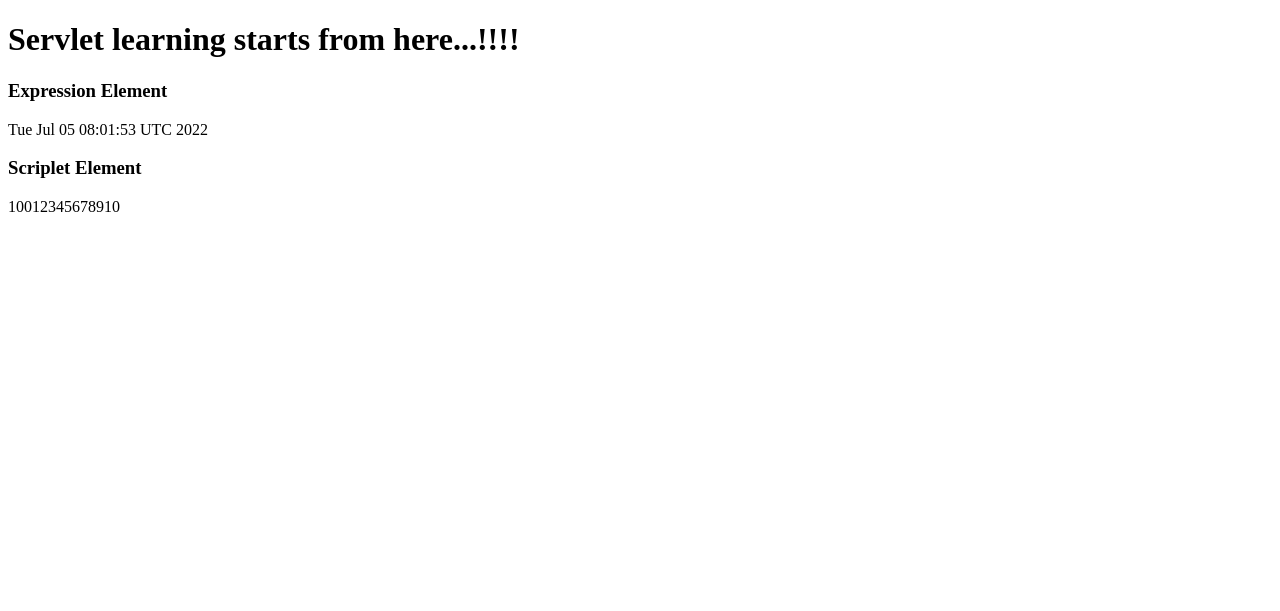
Repository: gkalivar/Java-projects
Page: http://localhost/TestServlet/HelloWorld.jsp
The author's editor kept a copy of each file at every save. The page is drawn from the files as they stood at one save, then again after the next save.
The browser window is 1280 px wide. The pictures show the whole page.
The page is served by Tomcat 10.

Above is the page before, as saved 2022-07-05 14:10:23.

After the next save:
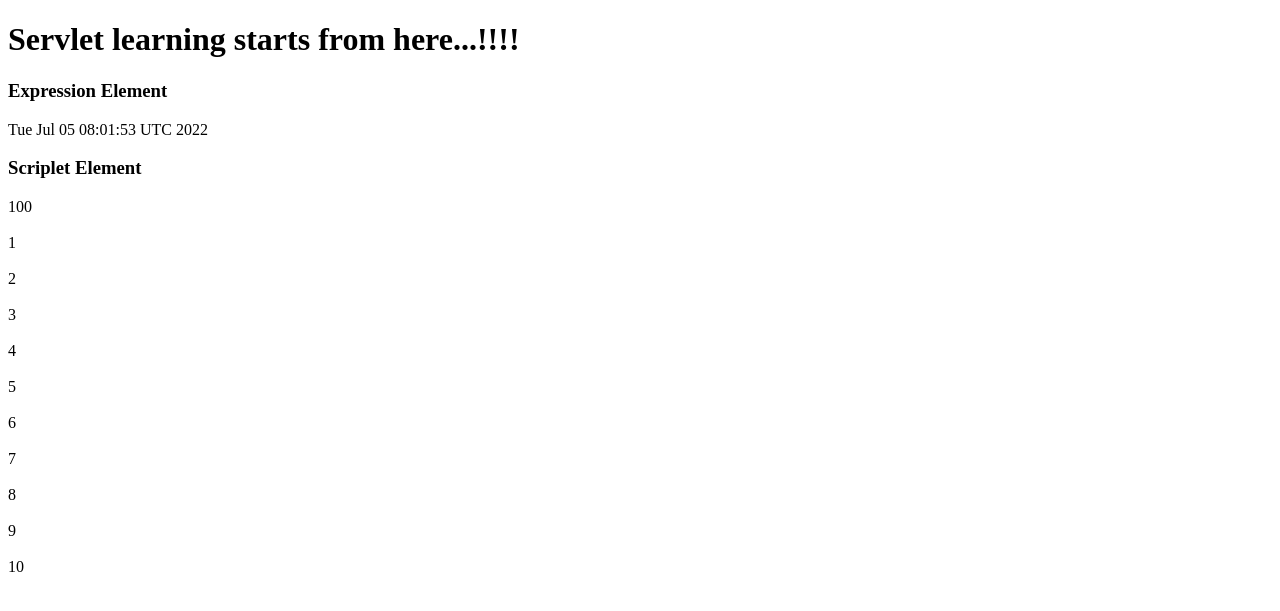
Saved 86 s later.
--- a/TestServlet/src/main/webapp/HelloWorld.jsp
+++ b/TestServlet/src/main/webapp/HelloWorld.jsp
@@ -20,8 +20,8 @@ int x = 10;
 out.print(x);
 
 for (int i =0;i<=10;i++){
-
 	out.print(i);
+	out.print("<br></br>");
 
 }
 
